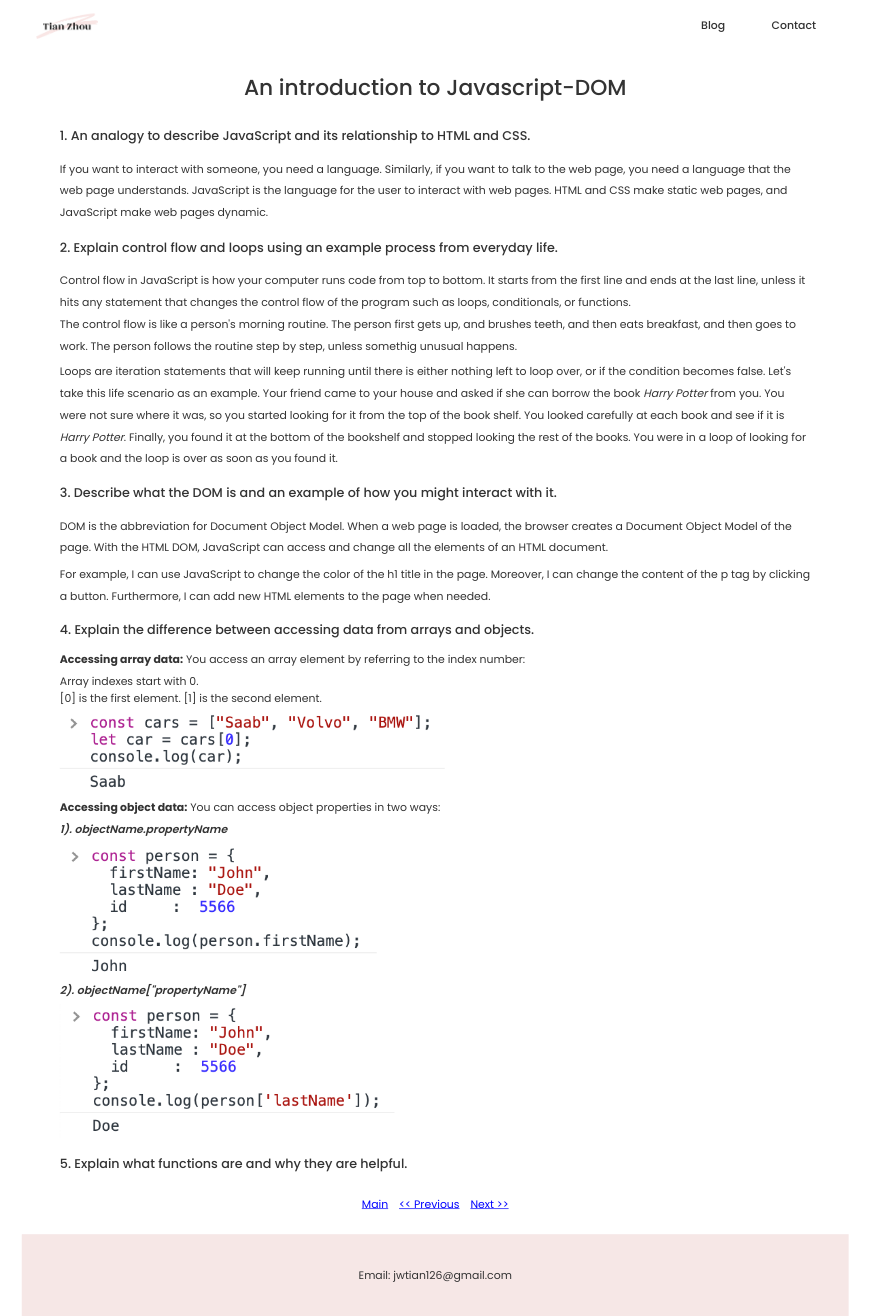
Repository: Tiaanz/Tiaanz.github.io
Page: blog/javascript-dom.html
An editor plug-in stored every save of this project. The page is shown before and after the next save, followed by the edit.
The browser window is 1280 px wide. The pictures show the whole page, at 68% of full size.

Above is the page before, as saved 2023-01-25 16:54:30.

### blog/javascript-dom.html
<!DOCTYPE html>
<html lang="en">

<head>
    <meta charset="UTF-8">
    <meta http-equiv="X-UA-Compatible" content="IE=edge">
    <meta name="viewport" content="width=device-width, initial-scale=1.0">
    <link rel="stylesheet" href="../styles/main.css">
    <link href="https://fonts.googleapis.com/css2?family=Poppins:wght@300;400;500;600;700;800&display=swap"
        rel="stylesheet">
    <title>Tech Blog(Javascript-DOM)</title>
</head>

<body>
    <div class="container">
        <header>
            <div class="logo">
                <a href="../index.html"><img src="../images/logo.png" alt="logo"></a>
            </div>
            <div class="nav">
                <a href="../index.html#blogs">Blog</a>
                <a href="#footer">Contact</a>
            </div>
        </header>
        <main class="main-blog">
            <h1>An introduction to Javascript-DOM</h1>
            <h3>1. An analogy to describe JavaScript and its relationship to HTML and CSS.</h3>
            <p>
                If you want to interact with someone, you need a language. Similarly, if you want to talk to
                the web page, you need a language that the web page understands. JavaScript is the language for the user
                to interact with web pages.
                HTML and CSS make static web pages, and JavaScript make web pages dynamic.
            </p>
            <h3>2. Explain control flow and loops using an example process from everyday life.</h3>
            <p>
                Control flow in JavaScript is how your computer runs code from top to bottom. It starts
                from the first line and ends at the last line, unless it hits any statement that changes the control
                flow of the program such as loops, conditionals, or functions.<br />
                The control flow is like a person's morning routine. The person first gets up, and brushes teeth, and
                then eats breakfast, and then goes to work.
                The person follows the routine step by step, unless somethig unusual happens.
            </p>
            <p>
                Loops are iteration statements that will keep running until there is either nothing left to loop over,
                or if the condition becomes false.
                Let's take this life scenario as an example. Your friend came to your house and asked if she can borrow
                the book <i>Harry Potter</i> from you. You were not
                sure where it was, so you started looking for it from the top of the book shelf. You looked carefully at
                each book and see if it is <i>Harry Potter</i>.
                Finally, you found it at the bottom of the bookshelf and stopped looking the rest of the books. You were
                in a loop of looking for a book and the loop is over as soon as you found it.
            </p>
            <h3>3. Describe what the DOM is and an example of how you might interact with it.</h3>
            <p>DOM is the abbreviation for Document Object Model. When a web page is loaded, the browser creates a Document Object Model of the page. With the HTML DOM, JavaScript can access and change all the elements of an HTML document.</p>
            <p>
                For example, I can use JavaScript to change the color of the h1 title in the page. Moreover, I can change the content of the p tag by clicking a button.
                Furthermore, I can add new HTML elements to the page when needed.
            </p>
            <h3>4. Explain the difference between accessing data from arrays and objects.</h3>
            <ul>
                <li> <b>Accessing array data:</b> You access an array element by referring to the index number: </li>
                <li>Array indexes start with 0.<br/>
                    [0] is the first element. [1] is the second element.</li>
                <li><img src="../images/array.png" alt="array"></li>
                <li><b>Accessing object data:</b> You can access object properties in two ways: </li>
                <li style="font-weight: 600;"><i>1). objectName.propertyName</i></li>
                <li><img src="../images/object1.png" alt="object"></li>
                <li style="font-weight:600"><i>2). objectName["propertyName"]</i></li>
                <li><img src="../images/object2.png" alt="object"></li>
            </ul>
            <h3>5. Explain what functions are and why they are helpful.</h3>
            <div class="page-nav">
                <a href="../index.html">Main</a>
                <a href="./learning-plan.html"> &lt&lt Previous</a>
                <a href="#">Next >></a>
            </div>
        </main>
        <footer id="footer">
            <span>Email: jwtian126@gmail.com</span>
        </footer>
    </div>
</body>

</html>

### styles/main.css
* {
  margin: 0;
  padding: 0;
  box-sizing: border-box;
}

a {
  text-decoration: none;
  color: #333;
}



li{
  list-style: none;
}

img {
  max-width: 100%;
  height: auto;
  vertical-align: middle;
}

body {
  font-family: "Poppins", sans-serif;
  color: #333;
}

.container {
  display: flex;
  flex-direction: column;
  width: 95vw;
  margin: 0 auto;

}

header {
  display: flex;
  justify-content: space-between;
  align-items: center;
  padding: 1rem;
}

.logo {
  width: 100px;
  height: auto;
}



.nav a {
  margin: 0 1rem;
  padding: 0 1rem;
  font-weight: 500;
}

.nav a:hover {
  background-color: #f6e7e6;
}

main {
  display: flex;
  padding: 2rem 3rem;
}

main .profile-image {
  width: 100%;
  flex: 1.5;
  margin-right: 2rem;

}

main .introduction {
  flex: 1;
}

main .introduction h1 {
  margin-bottom: 1.5rem;
  font-weight: 500;
  font-size: 2.5rem;
}

main .introduction p {
  line-height: 2rem;
}

.blogs{
  display: flex;
  padding:1rem 3rem;
  margin-bottom: 2rem;

}

.blogs .tech-blog, .blogs .core-blog {
  flex:1;
  padding:0 3px;
  margin:0 3rem;
  text-align: center;
  border:2px solid #f6e7e6;
  border-radius: 20px;
}



.blogs h3{
  margin: 1rem 0;
  font-weight: 600;
  text-align: center;

}



.blogs a{
  text-decoration: underline;
  line-height: 2rem;
}

.main-blog{
    flex-direction: column;
    align-self: center;
    max-width: 1200px;
}

.main-blog h1{
  margin-bottom: 1rem;
  text-align: center;
  font-size: 2rem;
  font-weight: 500;

}

.main-blog h3{
  font-weight: 500;
  margin:1rem 0;
}

.main-blog ul li{
  margin-bottom: 0.5rem;
}

.main-blog .css-image{
 max-width: 300px;
 margin: 1rem 0;
}

.main-blog .div-image{
  max-width: 600px;
  margin-top: 1rem;
 }

 .main-blog p{
  margin: 0.2rem 0;
  line-height: 2rem;
 }

 .main-blog .page-nav{
  margin-top: 1rem;
  display: flex;
  gap:1rem;
  justify-content: center;
 }

 .main-blog .page-nav a{
  color:blue;
  text-decoration: underline;
 }

footer {
  padding: 3rem;
  background-color: #f6e7e6;
  text-align: center;
}

@media screen and (max-width: 1200px) {
  main {
    flex-direction: column;
  }

  main .introduction h1 {
    margin-top: 1rem;
    text-align: center;
  }

  main .introduction p {
    line-height: 2rem;
  }

  .blogs{
  flex-direction: column;
  gap:2rem;
  }

  .blogs .tech-blog, .blogs .core-blog{
    margin:0;
  }

}

@media screen and (max-width: 768px) {
  main {
    padding: 2rem;
  }

  main .introduction h1 {
    font-size: 2rem;
  }

  .main-blog h1{
    font-size: 1.5rem;
  }
}

@media screen and (max-width: 400px) {

    .nav a {
        margin: 0;
        padding: 0 0.4rem;
      }

      .blogs a{
        line-height: 2.5rem;
      }

  }

@media screen and (max-width: 320px) {


  main .introduction h1 {
    font-size: 1rem;
    margin-bottom: 1rem;
  }

  .main-blog h1{
    font-size: 1.2rem;
  }
}

After the next save:
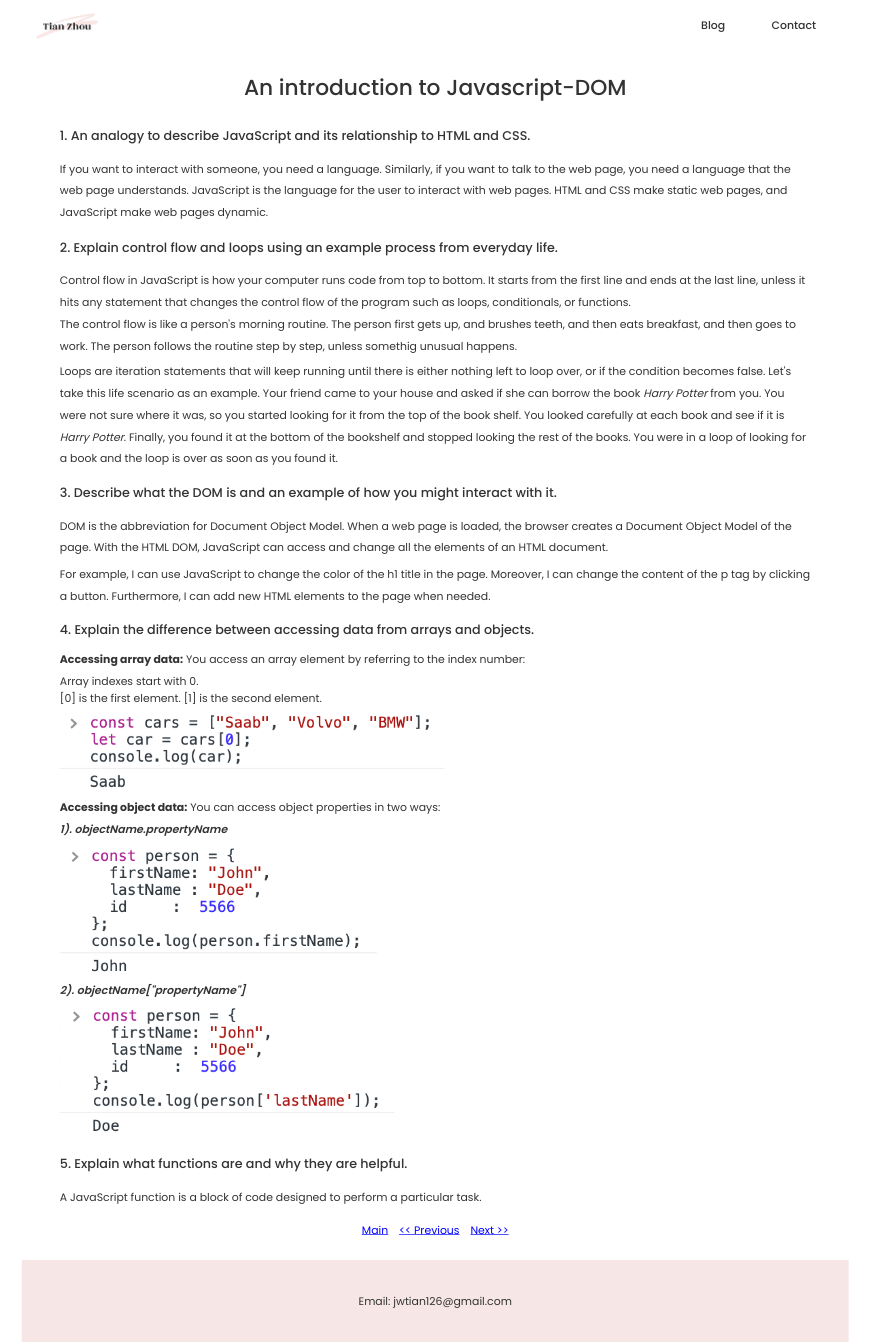
Saved 31 s later.
--- a/blog/javascript-dom.html
+++ b/blog/javascript-dom.html
@@ -69,6 +69,7 @@
                 <li><img src="../images/object2.png" alt="object"></li>
             </ul>
             <h3>5. Explain what functions are and why they are helpful.</h3>
+            <p>A JavaScript function is a block of code designed to perform a particular task.</p>
             <div class="page-nav">
                 <a href="../index.html">Main</a>
                 <a href="./learning-plan.html"> &lt&lt Previous</a>
